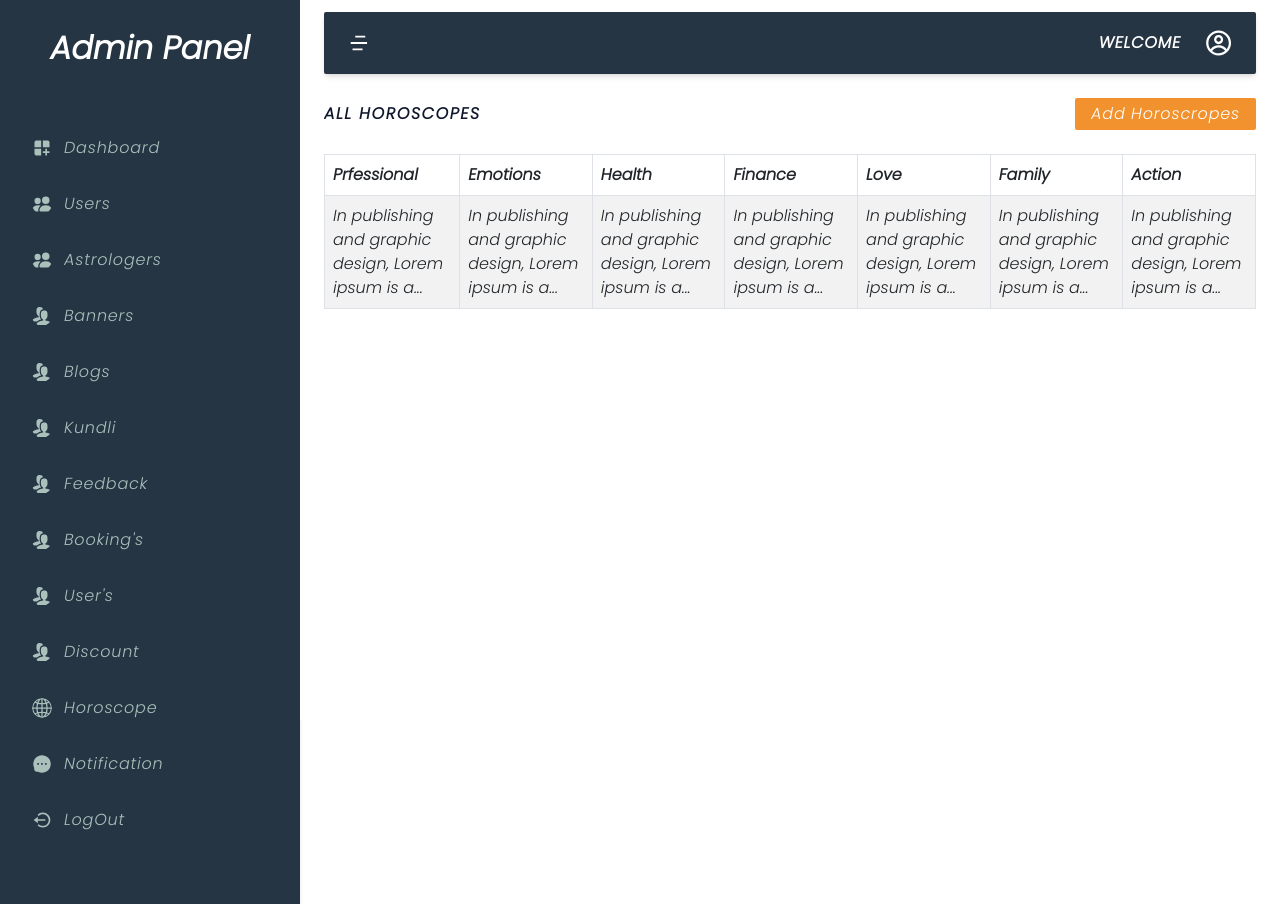
Repository: FlyweisReact/Hariom-Admin-Panel
Page: /horo
These files come from the project's save history. The page is drawn as it stood at one moment and after the next save; the edit follows.
The browser window is 1280 px wide. The pictures show the whole page.
Some web libraries are served in a nearby version. The project was rebuilt for these pictures with package versions that can differ from the ones it lists, and the page was loaded fresh each time. Also part of the build but not shown: src/vendorPanel/forms/VendorLogin.jsx, src/vendorPanel/pages/AdminDiscount.js, src/vendorPanel/pages/AdminReview.js, src/vendorPanel/pages/Astrologers.js, src/vendorPanel/pages/Banners.js, src/vendorPanel/pages/Booking.js, src/vendorPanel/pages/Kundli.js, src/vendorPanel/pages/Message.js and 6 more.

Above is the page before, as saved 2023-04-15 15:34:39.

After the next save:
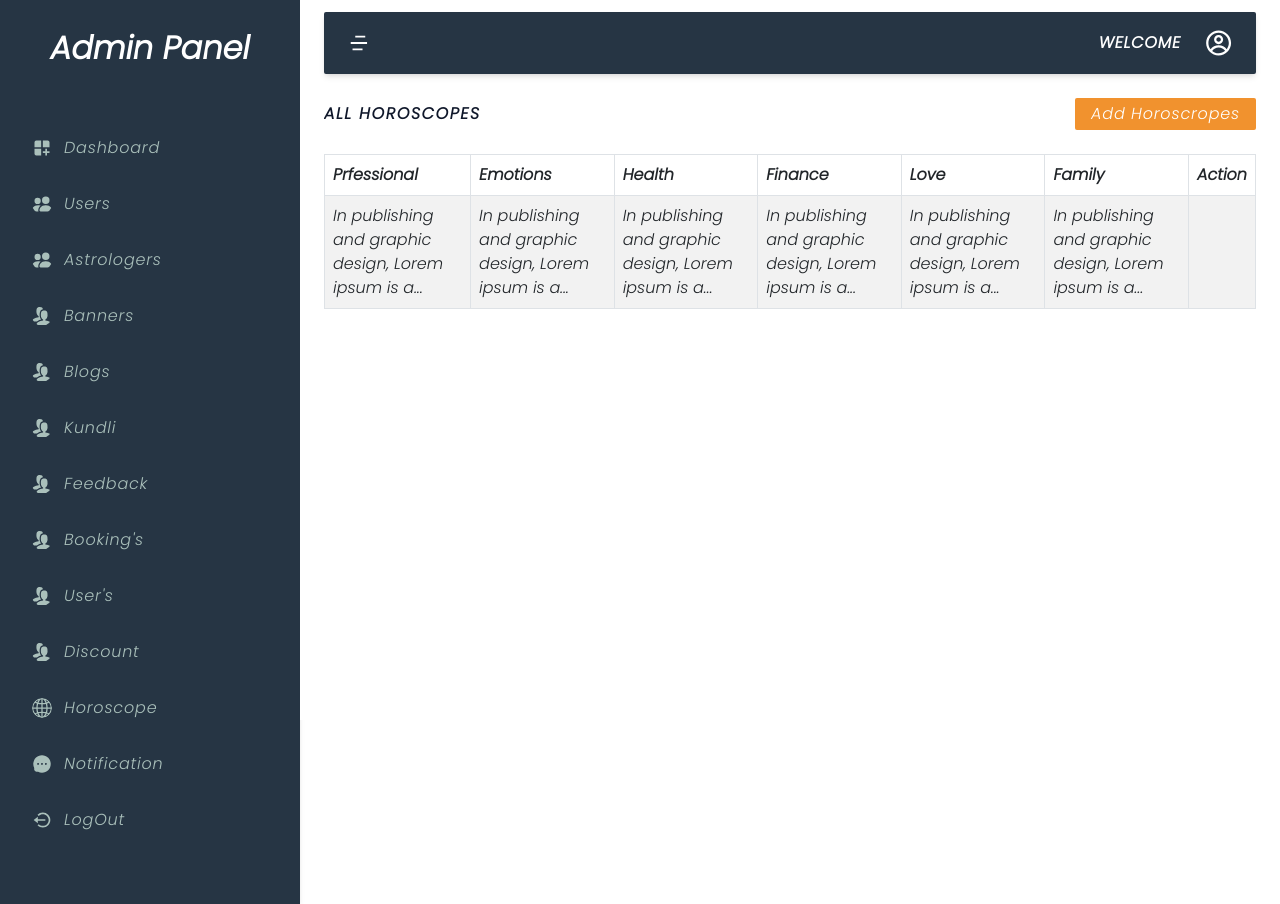
Saved 7 s later.
--- a/src/vendorPanel/pages/Horoscope.js
+++ b/src/vendorPanel/pages/Horoscope.js
@@ -77,7 +77,9 @@ const Horoscope = () => {
               <td> {Lorem.substring(0 ,50) + '...'} </td>
               <td> {Lorem.substring(0 ,50) + '...'} </td>
               <td> {Lorem.substring(0 ,50) + '...'} </td>
-              <td> {Lorem.substring(0 ,50) + '...'} </td>
+              <td>
+
+              </td>
              </tr>
             </tbody>
           </Table>
